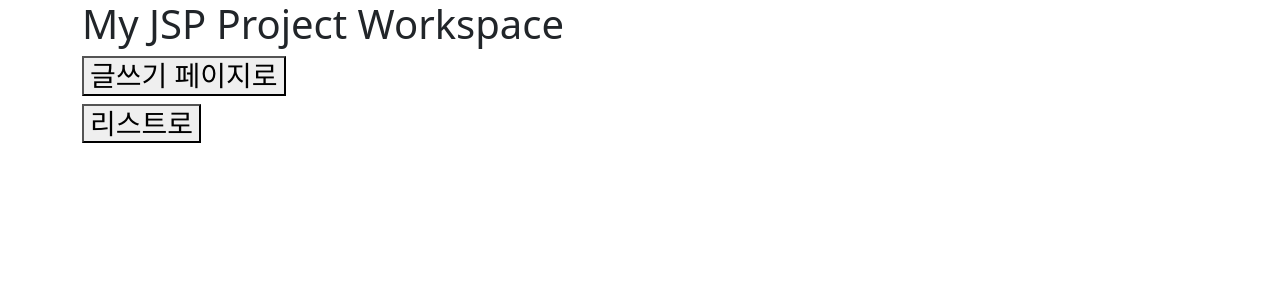
Repository: gajami-kim/240430_JSPJSTL_Study
Page: http://localhost/jsp_study2/index.jsp
An editor plug-in stored every save of this project. The page is shown before and after the next save, followed by the edit.
The browser window is 1280 px wide. The pictures show the whole page.
The page is served by Tomcat 9. Other server files are loaded and not shown.

Above is the page before, as saved 2024-04-16 06:43:43.

### _jsp_workspace2/jsp_study2/src/main/webapp/index.jsp
<%@ page language="java" contentType="text/html; charset=UTF-8"
    pageEncoding="UTF-8"%>
<!DOCTYPE html>
<html>
<head>
<meta charset="UTF-8">
<title>Insert title here</title>
<link href="https://cdn.jsdelivr.net/npm/bootstrap@5.3.3/dist/css/bootstrap.min.css" rel="stylesheet" integrity="sha384-QWTKZyjpPEjISv5WaRU9OFeRpok6YctnYmDr5pNlyT2bRjXh0JMhjY6hW+ALEwIH" crossorigin="anonymous">
<script src="https://cdn.jsdelivr.net/npm/bootstrap@5.3.3/dist/js/bootstrap.bundle.min.js" integrity="sha384-YvpcrYf0tY3lHB60NNkmXc5s9fDVZLESaAA55NDzOxhy9GkcIdslK1eN7N6jIeHz" crossorigin="anonymous"></script>
</head>
<body>
<div class="container-sm">
	<h1>My JSP Project Workspace</h1>
	<h3> <a href="/brd/register"> <button>글쓰기 페이지로</button></a> </h3>
	<h3> <a href="/brd/list"> <button>리스트로</button> </a> </h3>
</div>
</body>
</html>

After the next save:
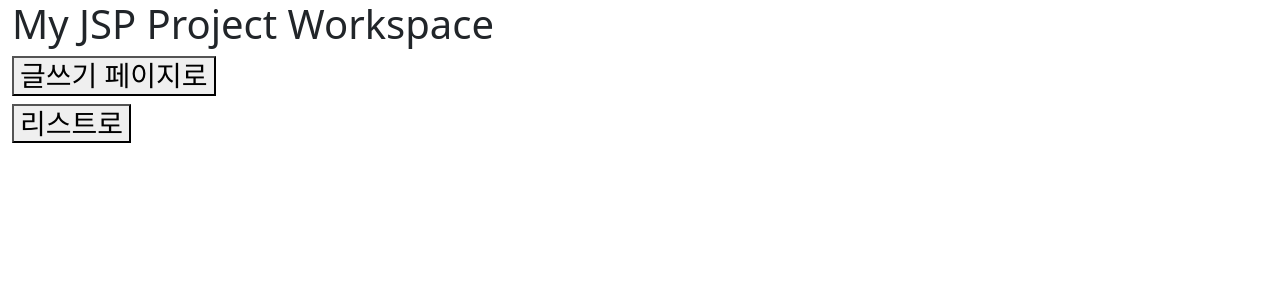
Saved 20 s later.
--- a/_jsp_workspace2/jsp_study2/src/main/webapp/index.jsp
+++ b/_jsp_workspace2/jsp_study2/src/main/webapp/index.jsp
@@ -9,7 +9,7 @@
 <script src="https://cdn.jsdelivr.net/npm/bootstrap@5.3.3/dist/js/bootstrap.bundle.min.js" integrity="sha384-YvpcrYf0tY3lHB60NNkmXc5s9fDVZLESaAA55NDzOxhy9GkcIdslK1eN7N6jIeHz" crossorigin="anonymous"></script>
 </head>
 <body>
-<div class="container-sm">
+<div class="container-xxl">
 	<h1>My JSP Project Workspace</h1>
 	<h3> <a href="/brd/register"> <button>글쓰기 페이지로</button></a> </h3>
 	<h3> <a href="/brd/list"> <button>리스트로</button> </a> </h3>
